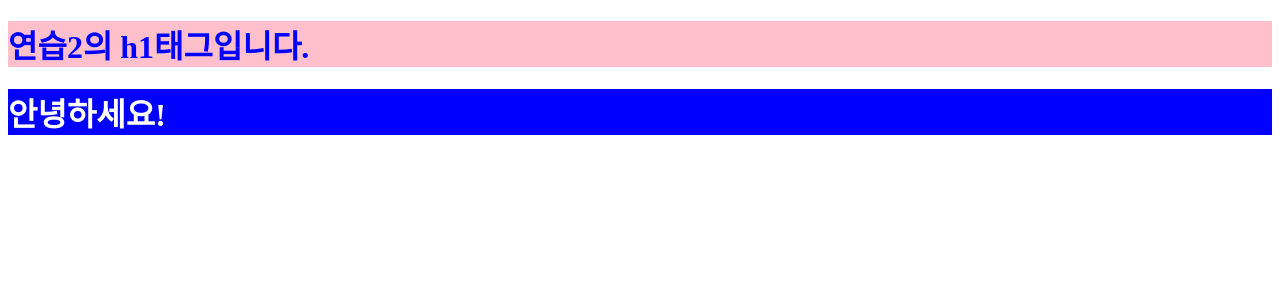
Repository: blinggg/html_git
Page: 0406/ex0406/WebContent/ex02.html
These files come from the project's save history. The page is drawn as it stood at one moment and after the next save; the edit follows.
The browser window is 1280 px wide. The pictures show the whole page.

Above is the page before, as saved 2020-04-06 08:56:41.

After the next save:
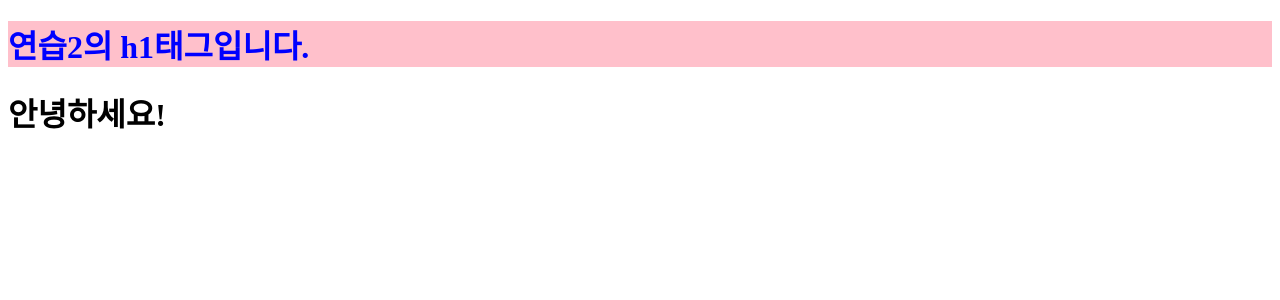
Saved 32 s later.
--- a/0406/ex0406/WebContent/ex02.html
+++ b/0406/ex0406/WebContent/ex02.html
@@ -3,9 +3,7 @@
 <head>
 	<meta charset="UTF-8">
 	<title>연습2</title>
-	<style>
-	h1 {background:blue;color:white;}
-	</style>
+
 	<script src="home.js"></script>
 </head>
 <body>
